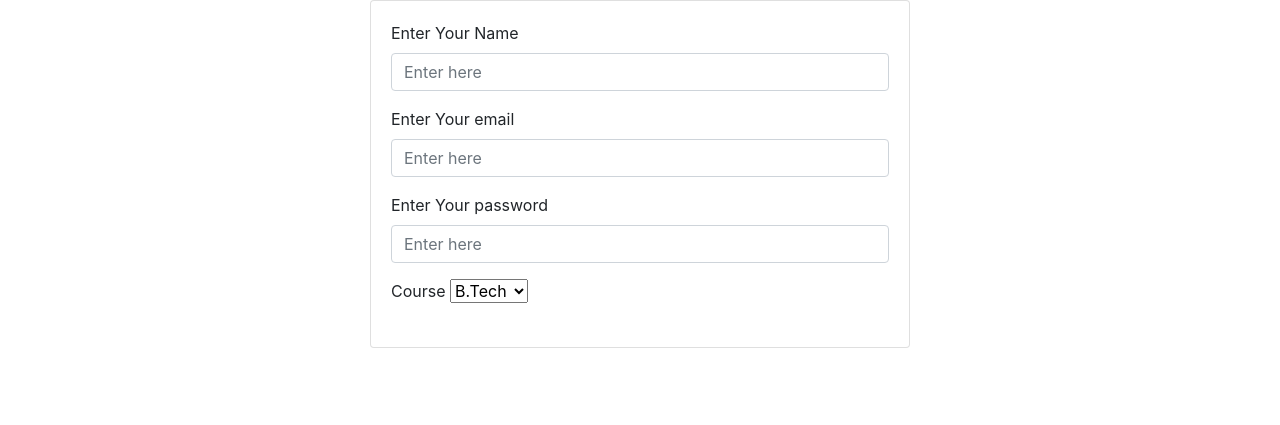
Repository: Hashim-Ansari-82/Servlet-And-JSP
Page: Submit-Form-App/src/main/webapp/index.html
An editor plug-in stored every save of this project. The page is shown before and after the next save, followed by the edit.
The browser window is 1280 px wide. The pictures show the whole page.
Some web libraries are served in a nearby version.

Above is the page before, as saved 2026-06-03 19:17:56.

### Submit-Form-App/src/main/webapp/index.html
<!DOCTYPE html>
<html>
<head>
<meta charset="UTF-8">
<title>Submit Form</title>
<link rel="stylesheet"
	href="https://cdn.jsdelivr.net/npm/bootstrap@4.0.0/dist/css/bootstrap.min.css"
	integrity="sha384-Gn5384xqQ1aoWXA+058RXPxPg6fy4IWvTNh0E263XmFcJlSAwiGgFAW/dAiS6JXm"
	crossorigin="anonymous">
</head>
<body>

	<div class="container">
		<div class="row">
			<div class="col-md-6 offset-md-3">
				<div class="card">
					<div class="card-body">
						<form action="register" method="post">
							<div class="form-group">
								<label>Enter Your Name</label> <input type="text"
									name="user_name" class="form-control" placeholder="Enter here">
							</div>
							<div class="form-group">
								<label>Enter Your email</label> <input type="text"
									name="email" class="form-control" placeholder="Enter here">
							</div>
							<div class="form-group">
								<label>Enter Your password</label> <input type="text"
									name="password" class="form-control" placeholder="Enter here">
							</div>
							<div class="form-group">
								<label>Course</label> <select>
								<option>B.Tech</option>
								<option>M.Tech</option>
								<option>BCA</option>
								<option>MCA</option>
								<option>BSC IT</option>
								<option>MSC IT</option>
								</select>
							</div>
						</form>
					</div>
				</div>
			</div>
		</div>
	</div>

	<script src="https://code.jquery.com/jquery-3.2.1.slim.min.js"
		integrity="sha384-KJ3o2DKtIkvYIK3UENzmM7KCkRr/rE9/Qpg6aAZGJwFDMVNA/GpGFF93hXpG5KkN"
		crossorigin="anonymous"></script>
	<script
		src="https://cdn.jsdelivr.net/npm/popper.js@1.12.9/dist/umd/popper.min.js"
		integrity="sha384-ApNbgh9B+Y1QKtv3Rn7W3mgPxhU9K/ScQsAP7hUibX39j7fakFPskvXusvfa0b4Q"
		crossorigin="anonymous"></script>
	<script
		src="https://cdn.jsdelivr.net/npm/bootstrap@4.0.0/dist/js/bootstrap.min.js"
		integrity="sha384-JZR6Spejh4U02d8jOt6vLEHfe/JQGiRRSQQxSfFWpi1MquVdAyjUar5+76PVCmYl"
		crossorigin="anonymous"></script>
</body>
</html>

After the next save:
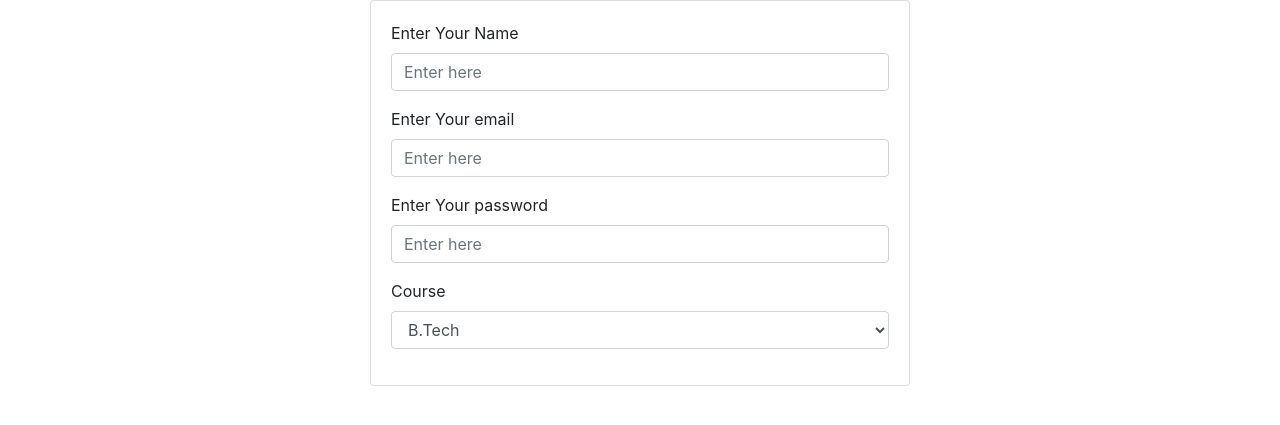
Saved 23 s later.
--- a/Submit-Form-App/src/main/webapp/index.html
+++ b/Submit-Form-App/src/main/webapp/index.html
@@ -29,7 +29,7 @@
 									name="password" class="form-control" placeholder="Enter here">
 							</div>
 							<div class="form-group">
-								<label>Course</label> <select>
+								<label>Course</label> <select class="form-control">
 								<option>B.Tech</option>
 								<option>M.Tech</option>
 								<option>BCA</option>
